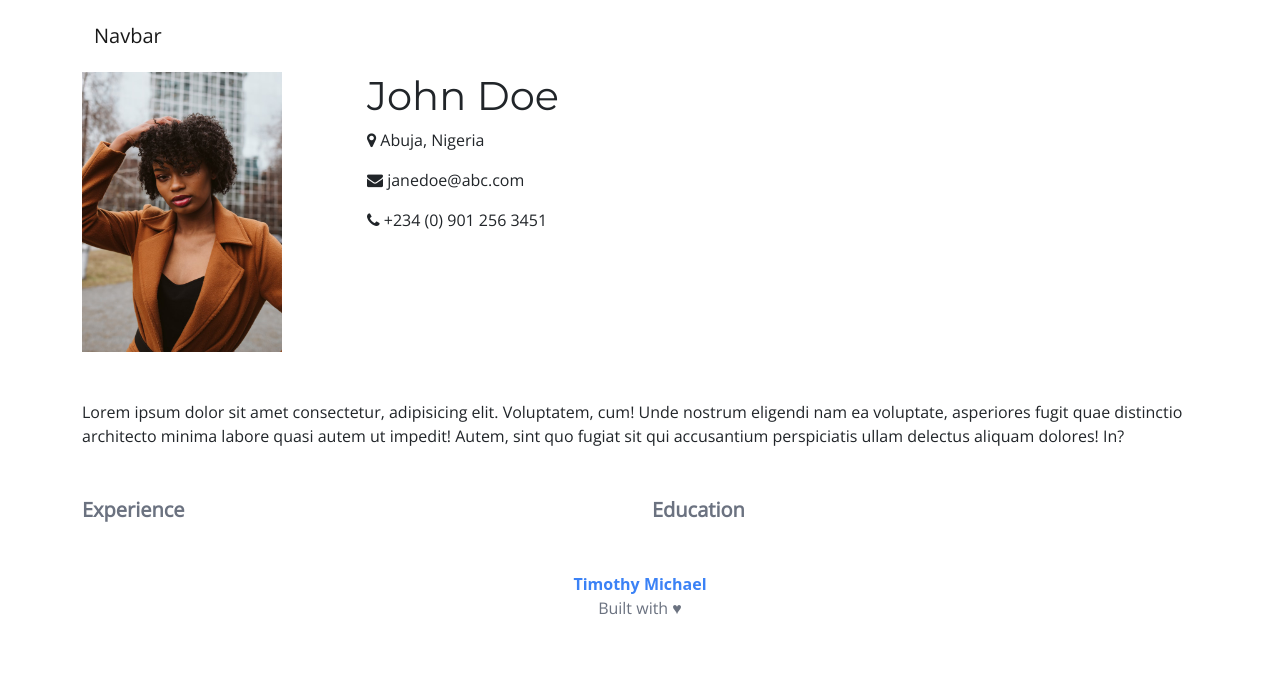
Repository: latenightsnacc/giggles
Page: HTML/CV.html
The author's editor kept a copy of each file at every save. The page is drawn from the files as they stood at one save, then again after the next save.
The browser window is 1280 px wide. The pictures show the whole page.
Some web libraries are served in a nearby version.

Above is the page before, as saved 2021-01-05 11:04:24.

After the next save:
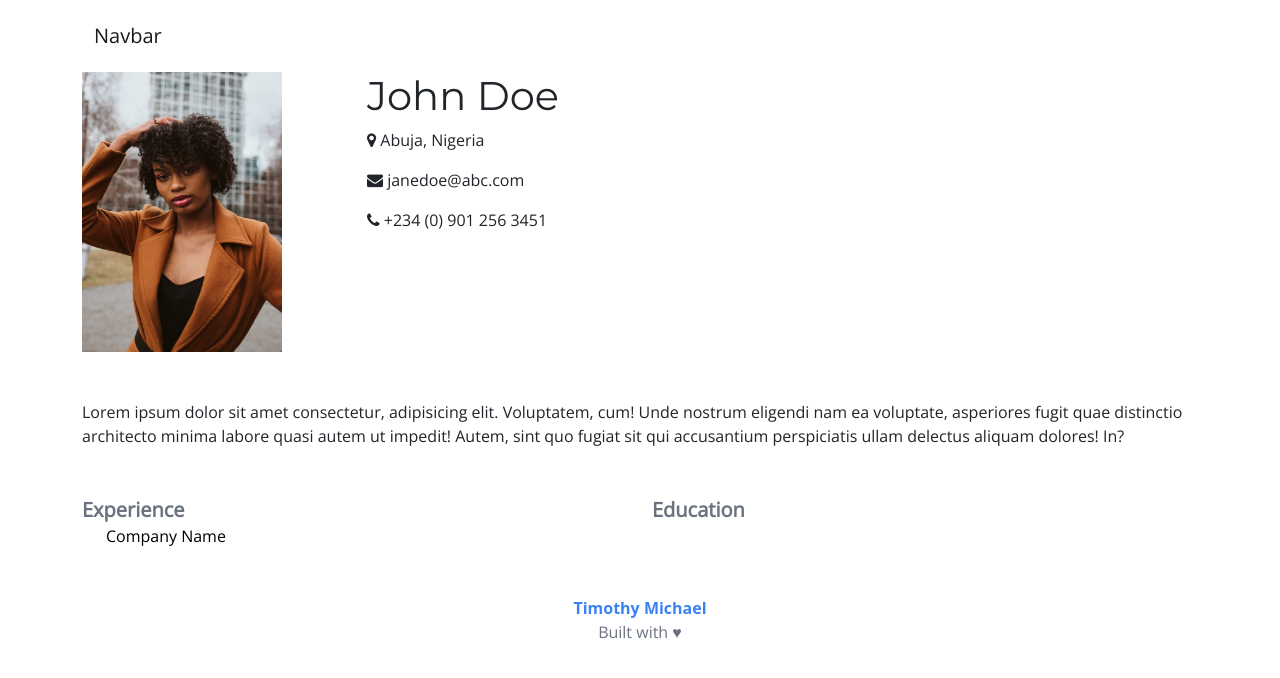
Saved 51 s later.
--- a/HTML/CV.html
+++ b/HTML/CV.html
@@ -61,6 +61,9 @@
             <div class="row">
                 <div class="col-xs-12 col-sm-12 col-md-12 col-lg-6 col-xl-6">
                     <div class="text-gray-500 font-semibold text-xl">Experience</div>
+                    <div class="container-sm">
+                        <div class="text-black">Company Name</div>
+                    </div>
                 </div>
                 <div class="col-xs-12 col-sm-12 col-md-12 col-lg-6 col-xl-6">
                     <div class="text-gray-500 font-semibold text-xl">Education</div>
